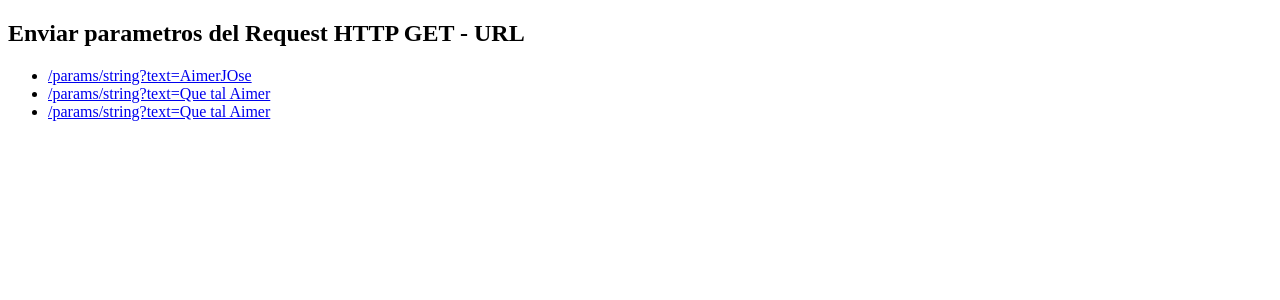
Repository: aimerr/AprendiendoSpringBoot
Page: http://localhost/param/index
An editor plug-in stored every save of this project. The page is shown before and after the next save, followed by the edit.
The browser window is 1280 px wide. The pictures show the whole page.
The page is this project's Thymeleaf template; nobody is signed in. The template is opened directly, without the code that normally fills it, so the values that code supplies are empty.

Above is the page before, as saved 2022-02-23 03:00:12.

After the next save:
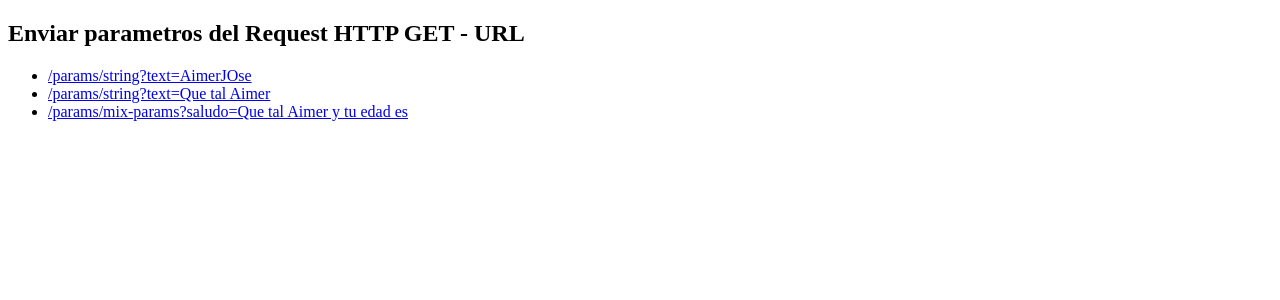
Saved 22 s later.
--- a/spring-boot-web-01/src/main/resources/templates/param/index.html
+++ b/spring-boot-web-01/src/main/resources/templates/param/index.html
@@ -15,7 +15,7 @@
 	<a th:href="@{/params/string(text='Que tal AImer')}">/params/string?text=Que tal Aimer</a>
 </li>
 <li>
-	<a th:href="@{/params//mix-params(saludo='Que tal AImer', edad=28)}">/params/string?text=Que tal Aimer</a>
+	<a th:href="@{/params//mix-params(saludo='Que tal AImer', edad=28)}">/params/mix-params?saludo=Que tal Aimer y tu edad es </a>
 </li>
 
 
